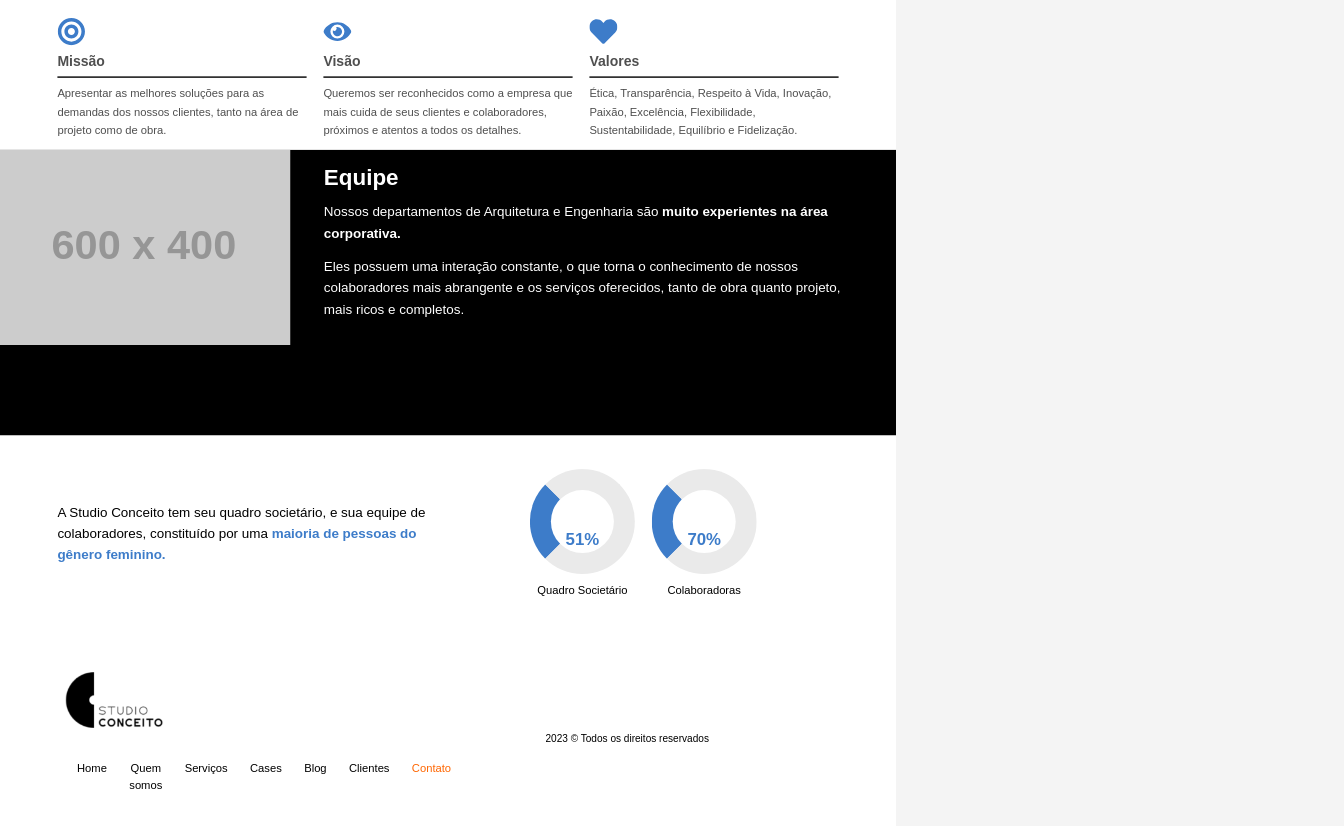
Repository: Upstairs-Agencia/studio-conceito-react
Page: /quem-somos
These files come from the project's save history. The page is drawn as it stood at one moment and after the next save; the edit follows.
The browser window is 1280 px wide. The page is 1920 px wide, so the pictures cover 1920 px, including what lies to the right of the window. The pictures show the part of the page from y = 2183 to 3463 px (the page is 3363 px tall before and 3463 px after), at 70% of full size.
The project was rebuilt for these pictures with package versions that can differ from the ones it lists, and the page was loaded fresh each time. Also part of the build but not shown: src/pages/Home.js, src/pages/Servicos.js, src/styles/cases.css, src/pages/Cases.js, src/pages/Blog.js, src/pages/Clientes.js, src/pages/Contato.js.

Above is the page before, as saved 2024-12-29 12:50:43.

### public/index.html
<!DOCTYPE html>
<html lang="en">
  <head>
    <meta charset="utf-8" />
    <link rel="icon" href="%PUBLIC_URL%/favicon.ico" />
    <meta name="viewport" content="width=device-width, initial-scale=1" />
    <meta name="theme-color" content="#000000" />
    <meta
      name="description"
      content="Web site created using create-react-app"
    />
    <link rel="apple-touch-icon" href="%PUBLIC_URL%/logo192.png" />
    <!--
      manifest.json provides metadata used when your web app is installed on a
      user's mobile device or desktop. See https://developers.google.com/web/fundamentals/web-app-manifest/
    -->
    <link rel="manifest" href="%PUBLIC_URL%/manifest.json" />
    <!--
      Notice the use of %PUBLIC_URL% in the tags above.
      It will be replaced with the URL of the `public` folder during the build.
      Only files inside the `public` folder can be referenced from the HTML.

      Unlike "/favicon.ico" or "favicon.ico", "%PUBLIC_URL%/favicon.ico" will
      work correctly both with client-side routing and a non-root public URL.
      Learn how to configure a non-root public URL by running `npm run build`.
    -->
    <title>Studio Conceito</title>
  </head>
  <body>
    <noscript>You need to enable JavaScript to run this app.</noscript>
    <div id="root"></div>
    <!--
      This HTML file is a template.
      If you open it directly in the browser, you will see an empty page.

      You can add webfonts, meta tags, or analytics to this file.
      The build step will place the bundled scripts into the <body> tag.

      To begin the development, run `npm start` or `yarn start`.
      To create a production bundle, use `npm run build` or `yarn build`.
    -->
  </body>
</html>

### src/index.js

import React from 'react';
import ReactDOM from 'react-dom';
import App from './App';
import 'mdb-react-ui-kit/dist/css/mdb.min.css'; // MDB styles
import './index.css'; // Global styles

ReactDOM.render(
  <React.StrictMode>
    <App />
  </React.StrictMode>,
  document.getElementById('root')
);

### src/App.js

import React from 'react';
import { BrowserRouter as Router, Routes, Route } from 'react-router-dom';
import Home from './pages/Home';
import QuemSomos from './pages/QuemSomos';
import Servicos from './pages/Servicos';
import Cases from './pages/Cases';
import Blog from './pages/Blog';
import Clientes from './pages/Clientes';
import Contato from './pages/Contato';

function App() {
  return (
    <Router>
      <Routes>
        <Route path="/" element={<Home />} />
        <Route path="/quem-somos" element={<QuemSomos />} />
        <Route path="/servicos" element={<Servicos />} />
        <Route path="/cases" element={<Cases />} />
        <Route path="/blog" element={<Blog />} />
        <Route path="/clientes" element={<Clientes />} />
        <Route path="/contato" element={<Contato />} />
      </Routes>
    </Router>
  );
}

export default App;

### src/index.css

body {
  margin: 0;
  font-family: Arial, sans-serif;
  background-color: #f4f4f4;
}

### src/pages/QuemSomos.js
import React from "react";
import Navbar from "../components/navbar"; // Importando o componente Navbar
import { MDBContainer, MDBRow, MDBCol } from "mdb-react-ui-kit";
import { FaBullseye, FaEye, FaHeart } from "react-icons/fa";

import Footer from "../components/footer";
import "../styles/quemsomos.css";

export default function QuemSomos() {
  return (
    <>
      {/* Navbar */}
      <Navbar />

      {/* Seção de cabeçalho do quem somos */}
      <section className="bg-black text-white py-5">
        <MDBContainer>
          <MDBRow className="align-items-center">
            <MDBCol md="6">
              <h1 className="fw-bold">Quem somos</h1>
            </MDBCol>
            <MDBCol md="6" className="text-end">
              <img
                src="https://placehold.co/200x150" // Imagem maior para seguir o padrão original
                alt="Padrão gráfico"
                style={{ maxWidth: "200px", marginRight: "4rem" }}
              />
            </MDBCol>
          </MDBRow>
        </MDBContainer>
      </section>

      {/* Quem Somos Section */}
      <section className="py-5 ">
        <MDBContainer>
          <MDBRow className="align-items-center">
            <MDBCol md="6">
              <img
                src="https://via.placeholder.com/600x400"
                alt="Studio Conceito"
                className="img-fluid"
              />
            </MDBCol>
            <MDBCol md="6">
              <h2 className="fw-bold mb-4">Studio Conceito</h2>
              <p>
                A Studio Conceito Arquitetura foi{" "}
                <strong>fundada em 2009</strong> e conta com uma equipe
                altamente capacitada e com grande experiência na área
                corporativa.
              </p>
              <p>
                O <strong>Atendimento Personalizado</strong> é o grande foco de
                nossa empresa, visando sempre garantir a satisfação e a
                consequente fidelização de nossos clientes.
              </p>
            </MDBCol>
          </MDBRow>
        </MDBContainer>
        <img
          src="https://via.placeholder.com/1920x200"
          alt="Studio Conceito"
          className="imagemfundo"
        />
      </section>

      {/* Sócios Section */}
      <section className="py-5 socios text-white">
        <MDBContainer>
          <h1 className="text-left titulosocios fw-bold mb-5">Sócios</h1>
          <MDBRow className="text-center">
            <MDBCol md="6" className="mb-4">
              <div className="team-member">
                <img
                  src="https://via.placeholder.com/400x400"
                  alt="Arq. Cristina Castilho"
                  className="img-fluid mb-2"
                />
                <h4 className="fw-bold">Arq. Cristina Castilho</h4>
                <p>CEO | Sócia fundadora</p>
              </div>
            </MDBCol>
            <MDBCol md="6" className="mb-4">
              <div className="team-member">
                <img
                  src="https://via.placeholder.com/400x400"
                  alt="Arq. Gabriel Castilho"
                  className="img-fluid mb-2"
                />
                <h4 className="fw-bold">Arq. Gabriel Castilho</h4>
                <p>COO | Sócio fundador</p>
              </div>
            </MDBCol>
          </MDBRow>
        </MDBContainer>
      </section>

      {/* Atendemos em todo Brasil Section */}
      <section className="py-5 bg-light">
        <MDBContainer>
          <MDBRow className="align-items-center">
            <MDBCol md="6" className="title-container">
              <h1 className="atendemos-title">Atendemos</h1>
              <h1 className="brasil-title">em todo Brasil</h1>
            </MDBCol>
            <MDBCol md="6">
              <p className="text-large">
                Com uma equipe multidisciplinar e altamente capacitada, composta
                por arquitetos, engenheiros e designers, apresentamos as
                melhores soluções para as demandas de nossos clientes, tanto na
                área de <span className="fw-bold">projeto</span> como de{" "}
                <span className="fw-bold">obra</span>.
              </p>
              <p className="text-large">
                Adequamos nossos times às necessidades de cada solicitação,
                sejam elas projetos, gerenciamento e execução de obra. Do início
                ao fim, ficamos ao lado do cliente{" "}
                <span className="fw-bold">cuidando de todos os detalhes!</span>
              </p>
            </MDBCol>
          </MDBRow>
        </MDBContainer>
      </section>

      {/* Missão, Visão e Valores Section */}
      <section className="py-5 bg-white">
        <MDBContainer>
          <MDBRow className="text-center mission-row">
            <MDBCol md="4" className="mission-col">
              <div className="icon-container">
                <FaBullseye size={40} color="#3d7cc9" />
              </div>
              <h5 className="fw-bold">Missão</h5>
              <div className="divider"></div>
              <p>
                Apresentar as melhores soluções para as demandas dos nossos
                clientes, tanto na área de projeto como de obra.
              </p>
            </MDBCol>
            <MDBCol md="4" className="mission-col">
              <div className="icon-container">
                <FaEye size={40} color="#3d7cc9" />
              </div>
              <h5 className="fw-bold">Visão</h5>
              <div className="divider"></div>
              <p>
                Queremos ser reconhecidos como a empresa que mais cuida de seus
                clientes e colaboradores, próximos e atentos a todos os
                detalhes.
              </p>
            </MDBCol>
            <MDBCol md="4" className="mission-col">
              <div className="icon-container">
                <FaHeart size={40} color="#3d7cc9" />
              </div>
              <h5 className="fw-bold">Valores</h5>
              <div className="divider"></div>
              <p>
                Ética, Transparência, Respeito à Vida, Inovação, Paixão,
                Excelência, Flexibilidade, Sustentabilidade, Equilíbrio e
                Fidelização.
              </p>
            </MDBCol>
          </MDBRow>
        </MDBContainer>

        {/* Equipe Section */}
        <section className="equipe-section">
          <MDBContainer fluid className="d-flex align-items-center">
            <MDBCol md="4" className="p-0">
              <img
                src="https://via.placeholder.com/600x400"
                alt="Equipe"
                className="img-fluid equipe-image"
              />
            </MDBCol>
            <MDBCol
              md="8"
              className="d-flex flex-column justify-content-center equipe-text"
            >
              <h2 className="fw-bold text-left mb-3">Equipe</h2>
              <p className="text-left">
                Nossos departamentos de Arquitetura e Engenharia são{" "}
                <strong>muito experientes na área corporativa.</strong>
              </p>
              <p className="text-left">
                Eles possuem uma interação constante, o que torna o conhecimento
                de nossos colaboradores mais abrangente e os serviços
                oferecidos, tanto de obra quanto projeto, mais ricos e
                completos.
              </p>
            </MDBCol>
          </MDBContainer>
        </section>

        {/* Diversidade Section */}
        <section className="diversidade-section">
          <MDBContainer className="d-flex align-items-center justify-content-between">
            <MDBCol md="6" className="d-flex flex-column diversidade-text">
              <p className="text-left">
                A Studio Conceito tem seu quadro societário, e sua equipe de
                colaboradores, constituído por uma{" "}
                <span className="destaque">
                  maioria de pessoas do gênero feminino.
                </span>
              </p>
            </MDBCol>
            <MDBCol md="6" className="d-flex justify-content-center gap-4">
              {/* Gráfico Quadro Societário */}
              <div className="grafico-container">
                <div className="grafico"></div>
                <span className="grafico-percentual">51%</span>
                <p className="grafico-label">Quadro Societário</p>
              </div>

              {/* Gráfico Colaboradoras */}
              <div className="grafico-container">
                <div className="grafico"></div>
                <span className="grafico-percentual">70%</span>
                <p className="grafico-label">Colaboradoras</p>
              </div>
            </MDBCol>
          </MDBContainer>
        </section>

        <Footer />
      </section>
    </>
  );
}

### src/components/navbar.js
import React, { useState } from "react";

import Logo from "../images/logoBlack.png";

import {
  MDBNavbar,
  MDBNavbarBrand,
  MDBContainer,
} from "mdb-react-ui-kit";
import { FaLinkedin, FaInstagram, FaPinterest, FaBars } from "react-icons/fa";
import { IoIosClose } from "react-icons/io";
import { Link } from "react-router-dom";

import SeloGptw from "../images/selo-gptw.png";

const Navbar = () => {
  const [showMenu, setShowMenu] = useState(false);

  return (
    <>
      {/* Navbar */}
      <MDBNavbar dark bgColor="white" className="py-4 px-5">
        <MDBContainer fluid className="d-flex justify-content-between align-items-center">
          {/* Logo */}
          <MDBNavbarBrand href="#" className="ms-5">
            <img
              src={Logo}
              alt="Logo"
              style={{ maxHeight: "90px", marginLeft: "12vw"}}
            />
          </MDBNavbarBrand>

          {/* Social Icons and Menu Toggle */}
          <div className="d-flex align-items-center">
            {/* Social Icons */}
            <div className="d-flex gap-3 me-3">
              <button className="btn btn-light rounded-circle p-2">
                <FaLinkedin size={30} />
              </button>
              <button className="btn btn-light rounded-circle p-2">
                <FaInstagram size={30} />
              </button>
              <button className="btn btn-light rounded-circle p-2">
                <FaPinterest size={30} />
              </button>
            </div>

            {/* FaBars Icon for Sidebar */}
            <button
              className="btn rounded-circle p-2"
              style={{
                background: "none",
                border: "none",
                cursor: "pointer",
              }}
              onClick={() => setShowMenu(!showMenu)}
            >
              <FaBars size={20} color="black" />
            </button>
          </div>
        </MDBContainer>
      </MDBNavbar>

      {/* Sidebar Menu */}
      {showMenu && (
        <div
          className="position-fixed top-0 end-0 bg-white vh-100 vw-350 shadow-lg d-flex flex-column"
          style={{ zIndex: 1050, width: "500px" }}
        >
          <div className="d-flex justify-content-end p-3">
            {/* Close Button */}
            <button
              className="p-0"
              style={{
                background: "none",
                border: "none",
                cursor: "pointer",
              }}
              onClick={() => setShowMenu(false)}
            >
              <IoIosClose size={40} />
            </button>
          </div>





          <div className="p-4 flex-grow-1">
            {/* Menu Items */}
            <ul className="list-unstyled">
              {[
                { label: "Home", link: "/" },
                { label: "Quem somos", link: "/quem-somos" },
                { label: "Serviços", link: "/servicos" },
                { label: "Cases", link: "/cases" },
                { label: "Blog", link: "/blog" },
                { label: "Clientes", link: "/clientes" },
                { label: "Contato", link: "/contato" },
              ].map((item, index) => (
                <li key={index} className="py-2">
                  <Link
                    to={item.link}
                    className="text-decoration-none fs-6"
                    style={{
                      transition: "all 0.3s ease-in-out", // Transição suave
                      color:"black"
                    }}
                    onMouseOver={(e) => {
                      e.currentTarget.style.color = "#FF7F30"; // Altera a cor
                      e.currentTarget.style.fontWeight = "bold"; // Negrito
                    }}
                    onMouseOut={(e) => {
                      e.currentTarget.style.color = "black"; // Retorna à cor original
                      e.currentTarget.style.fontWeight = "normal"; // Retira o negrito
                    }}
                  >
                    {item.label}
                  </Link>
                </li>
              ))}
            </ul>
          </div>



          {/* Footer Section */}
          <div className="d-flex justify-content-between align-items-center px-4 pb-4">
            {/* Social Icons */}
            <div className="d-flex gap-3">
              <button className="btn btn-dark rounded-circle p-2">
                <FaLinkedin size={20} color="white" />
              </button>
              <button className="btn btn-dark rounded-circle p-2">
                <FaInstagram size={20} color="white" />
              </button>
              <button className="btn btn-dark rounded-circle p-2">
                <FaPinterest size={20} color="white" />
              </button>
            </div>

            {/* Placeholder Image */}
            <img
              src={SeloGptw}
              alt="Great Place to Work"
              style={{ maxHeight: "200px", marginBottom: "4rem" }}
            />
          </div>
        </div>
      )}
    </>
  );
};

export default Navbar;

### src/components/footer.js
import React from "react";
import { MDBFooter, MDBContainer, MDBRow, MDBCol } from "mdb-react-ui-kit";
import Logo from "../images/logoBlack.png";
import "../styles/footer.css";

const Footer = () => {
  return (
    <MDBFooter className="footer-container text-center text-white">
      <MDBContainer className="p-4 footer-content">

        <MDBRow className="content-signature">
            {/* Logo e Nome */}
            <MDBCol md="4" className="mb-4 footer-left">
                <img
                    src={Logo}
                    alt="Studio Conceito Logo"
                    className="footer-logo"
                />

                {/* Navegação */}
                <MDBCol md="4" className="mb-3 footer-center">
                    <nav className="footer-nav">
                        <a href="/">Home</a>
                        <a href="/quem-somos"> Quem somos </a>
                        <a href="/servicos">Serviços</a>
                        <a href="/cases">Cases</a>
                        <a href="/blog">Blog</a>
                        <a href="/clientes">Clientes</a>
                        <a href="/contato" className="footerHighlight">
                            Contato
                        </a>
                    </nav>
                </MDBCol>

            </MDBCol>

            {/* Direitos Reservados */}
            <MDBCol md="4" className="mb-4 footer-right">
                <p className="mb-0">2023 &copy; Todos os direitos reservados</p>
            </MDBCol>

        </MDBRow>



      </MDBContainer>
    </MDBFooter>
  );
};

export default Footer;

### src/styles/quemsomos.css
.socios{
    background-color: #000;
}

.titulosocios{
    margin-left: 7rem;
}

/* Título: Atendemos em todo Brasil */
.title-container {
    text-align: left;
  }

  .atendemos-title {
    font-size: 2.5rem;
    font-weight: normal;
    color: #000;
  }

  .brasil-title {
    font-size: 2.5rem;
    font-weight: bold;
    color: #000;
    margin-top: -10px; /* Para aproximar os textos */
  }

  /* Texto em letras maiores */
  .text-large {
    font-size: 1.2rem;
    line-height: 1.8;
    text-align: left;
  }

  /* Missão, Visão e Valores */
  .mission-row {
    justify-content: space-between;
  }

  .mission-col {
    text-align: left;
    max-width: 400px;
  }

  .icon-container {
    margin-bottom: 10px;
  }

  .divider {
    width: 100%;
    height: 2px;
    background-color: #000;
    margin: 10px auto;
  }

  /* Equipe Section */
.equipe-section {
    background-color: #000;
    color: #fff;
    height: 408px;
  }

  .equipe-image {
    object-fit: cover;
    height: 100%;
    width: 100%;
    margin-left: -1rem;
  }

  .equipe-text {
    padding: 0 2rem;
  }

  .equipe-text h2 {
    font-size: 2rem;
  }

  .equipe-text p {
    font-size: 1.2rem;
  }

  /* Diversidade Section */
  .diversidade-section {
    background-color: #fff;
    color: #000;
    padding: 3rem 0;
  }

  .diversidade-text p {
    font-size: 1.2rem;
  }

  .diversidade-text .destaque {
    color: #3d7cc9;
    font-weight: bold;
  }

  /* Gráficos */
  .grafico-container {
    position: relative;
    text-align: center;
  }

  .grafico {
    width: 150px;
    height: 150px;
    border-radius: 50%;
    border: 30px solid #eaeaea;
    border-top: 30px solid #3d7cc9;
    transform: rotate(-90deg);
    margin: 0 auto;
  }

  .grafico-percentual {
    position: absolute;
    top: 50%;
    left: 50%;
    transform: translate(-50%, -50%);
    color: #3d7cc9;
    font-weight: bold;
    font-size: 1.5rem;
  }

  .grafico-label {
    margin-top: 10px;
    font-size: 1rem;
  }


  /* Responsividade */
  @media (max-width: 768px) {
    .atendemos-title,
    .brasil-title {
      font-size: 2rem;
    }

    .text-large {
      font-size: 1rem;
    }

    .mission-col {
      max-width: 100%;
    }
  }

### src/styles/footer.css
.footer-container {
    background-color: white;
    height: 25vh !important; /* Ocupa 30% da altura da tela */
    display: flex;
    justify-content: center;
    align-items: center;
    color: black;
    font-family: Arial, sans-serif;
    margin: 1rem 0;
  }

  .footer-content {
    height: 100%; /* Garante que o conteúdo ocupe toda a altura do footer */
  }

  .content-signature{
    display: flex;
    flex-direction: row;
  }

  .footer-left {
    display: flex;
    flex-direction: column;
  }

  .footer-logo {
    max-width: 40%; /* Aumenta a imagem para 40% de seu tamanho */
    margin-bottom: 10px;
  }


  .footer-center {
    text-align: center;
    margin: 2rem 0;
  }

  .footer-nav{
    display: flex;
    flex-direction: row;
    justify-content: space-around;
    width:35vw;

  }

  .footerHighlight {
    color: #ff6600 !important;
  }

  .footer-nav a {
    margin: 1px 1rem;
    text-decoration: none;
    color: #000;
    font-size: 1rem;
    transition: color 0.3s ease;
  }

  .footer-nav a:hover {
    color: #ff6600;
  }



  .footer-right {
    text-align: center;
    display: flex;
    justify-content: center;
    align-items: center;
    margin-left: 20vw;
    font-size: 0.9rem;
    color: #000;
  }

After the next save:
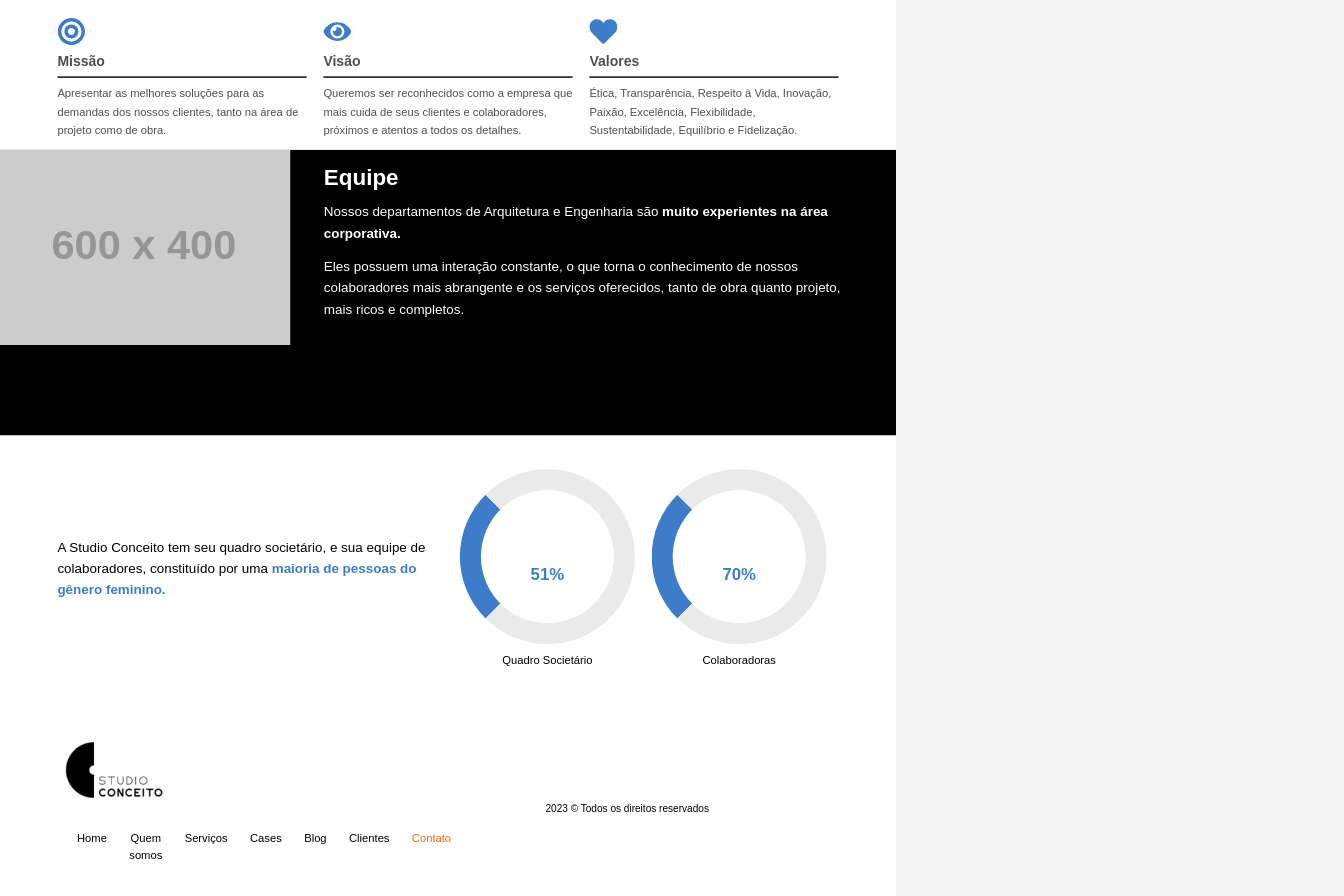
Saved 12 s later.
--- a/src/styles/quemsomos.css
+++ b/src/styles/quemsomos.css
@@ -101,8 +101,8 @@
   }
 
   .grafico {
-    width: 150px;
-    height: 150px;
+    width: 250px;
+    height: 250px;
     border-radius: 50%;
     border: 30px solid #eaeaea;
     border-top: 30px solid #3d7cc9;
